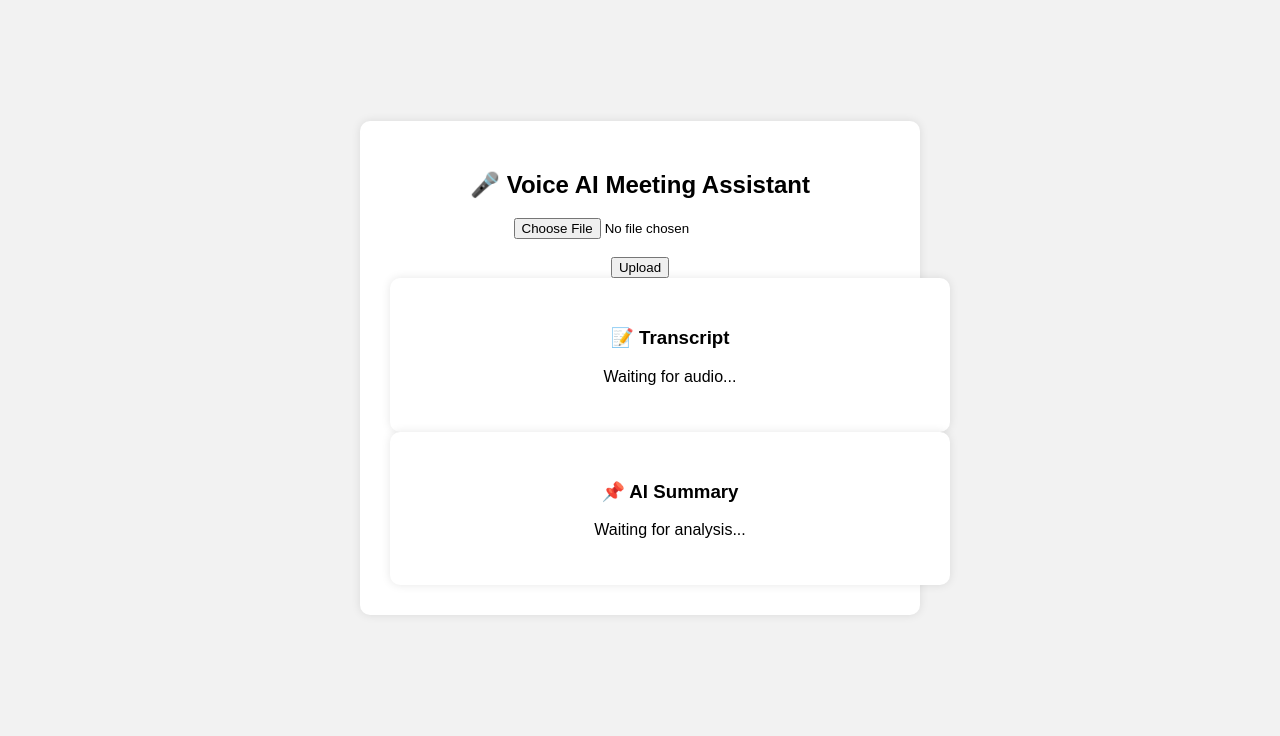
Repository: MujtabaHabib/Voice-AI-Meeting-Assistant
Page: index.html
The author's editor kept a copy of each file at every save. The page is drawn from the files as they stood at one save, then again after the next save.
The browser window is 1280 px wide. The pictures show the whole page.

Above is the page before, as saved 2026-02-01 22:07:22.

After the next save:
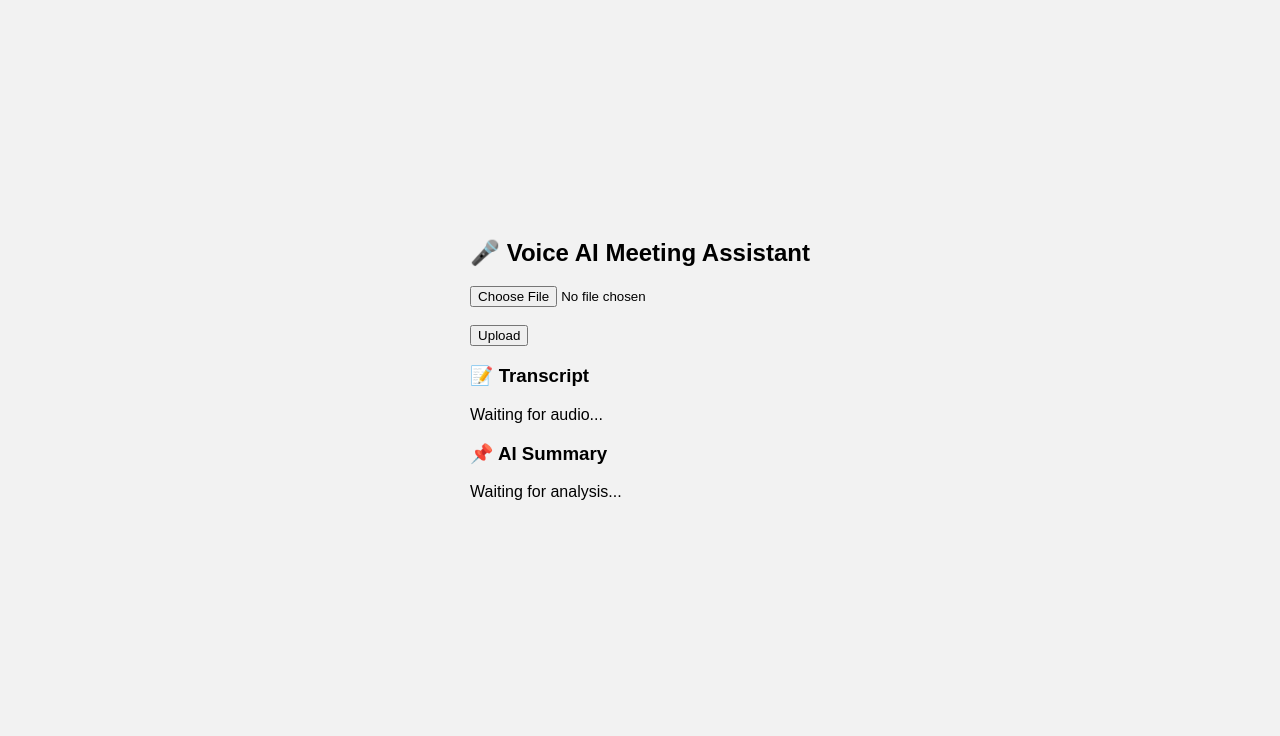
Saved 7 s later.
--- a/style.css
+++ b/style.css
@@ -7,7 +7,7 @@ body{
     justify-content: center;
 }
 
-div{
+container{
     background-color: white;
     padding: 30px;
     width: 500px;
